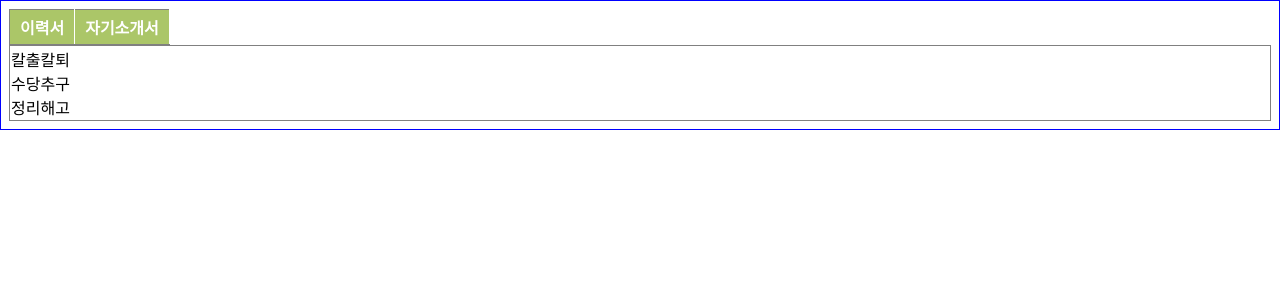
Repository: porivas/140630_Java
Page: http://localhost/web4_resume/totalLayout.jsp
These files come from the project's save history. The page is drawn as it stood at one moment and after the next save; the edit follows.
The browser window is 1280 px wide. The pictures show the whole page.
The page is served by Tomcat 9.

Above is the page before, as saved 2014-09-25 07:53:26.

After the next save:
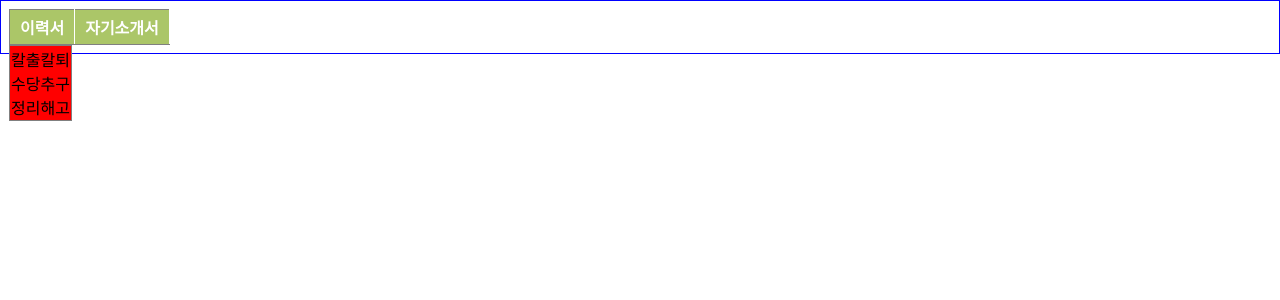
Saved 75 s later.
--- a/web4_resume/WebContent/totalLayout.jsp
+++ b/web4_resume/WebContent/totalLayout.jsp
@@ -42,7 +42,7 @@
 			</tr>
 		</table>
 		</div>
-		<div id="story2">
+		<div class ="me" id="story1">
 		<type = text/css>
 		<style type="text/css">
 		  table {
